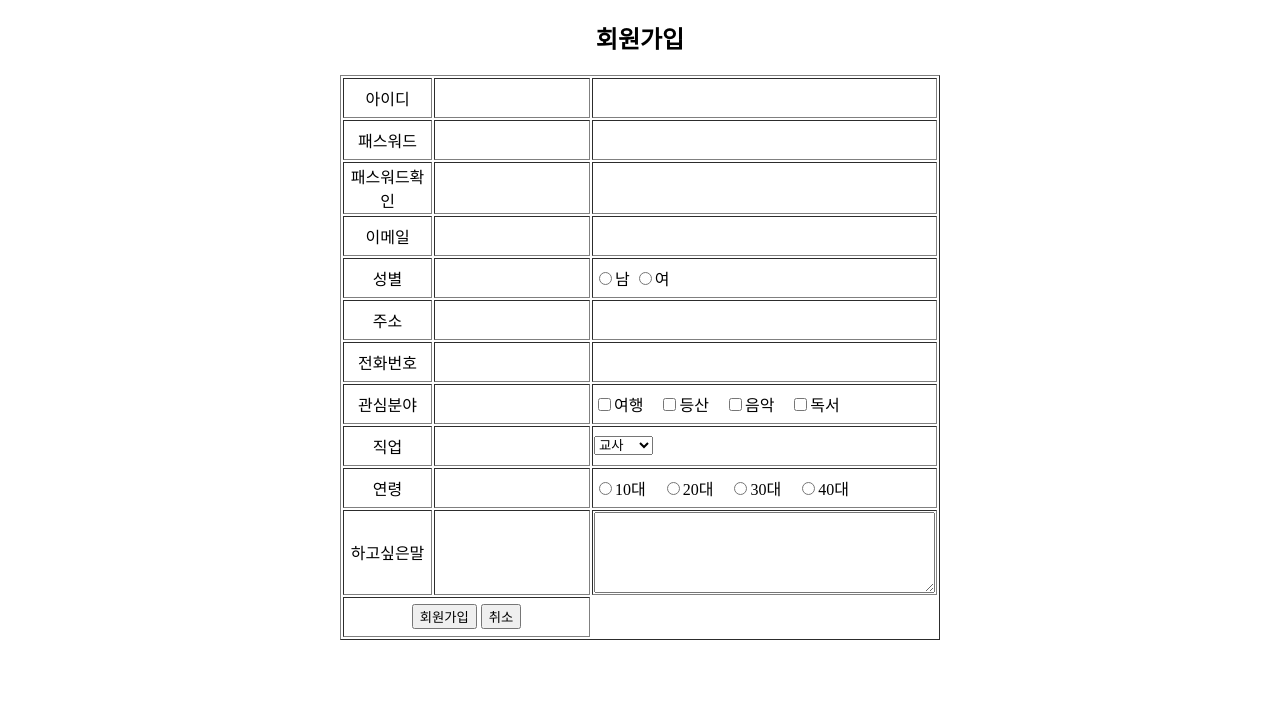
Repository: topblame/Bootcamp
Page: http://localhost/JSP_250408/chapter01/02_member.jsp
These files come from the project's save history. The page is drawn as it stood at one moment and after the next save; the edit follows.
The browser window is 1280 px wide. The pictures show the whole page.
The page is served by Tomcat 9. Other server files are loaded and not shown.

Above is the page before, as saved 2025-06-24 03:58:33.

### WebMvc/JSP_250408/src/main/webapp/chapter01/02_member.jsp
<%@ page language="java" contentType="text/html; charset=UTF-8"
	pageEncoding="UTF-8"%>
<!DOCTYPE html PUBLIC "-//W3C//DTD HTML 4.01 Transitional//EN" "http://www.w3.org/TR/html4/loose.dtd">

<html>
<head>
<meta charset="UTF-8">
<title>Insert title here</title>
</head>
<body>
	<center>
		<h2>회원가입</h2>
		<form action="MemberJoinProc.jsp">
			<table width="600" border="1">
				<tr height="40">
					<td width="200" align="center">아이디</td>
					<td width = "400" align = "left"></td>
					<td>
						<input type="text" name="id" style="border: none; outline: none;">
					</td>
				</tr>

				<tr height="40">
					<td width="200" align="center">패스워드</td>
					<td width = "400" align = "left"></td>
					<td>
						<input type="password" name="pass1" style="border: none; outline: none;">
					</td>
				</tr>

				<tr height="40">
					<td width="200" align="center">패스워드확인</td>
					<td width = "400" align = "left"></td>
					<td>
						<input type="password" name="pass2" style="border: none; outline: none;">
					</td>
				</tr>

				<tr height="40">
					<td width="200" align="center">이메일</td>
					<td width = "400" align = "left"></td>
					<td>
						<input type="email" name="email" style="border: none; outline: none;">
					</td>
				</tr>

				<tr height="40">
					<td width="200" align="center">성별</td>
					<td width = "400" align = "left"></td>
					<td>
						<input type="radio" name= "gender" value = "남">남
						<input type="radio" name= "gender" value = "여">여
					</td>
				</tr>

				<tr height="40">
					<td width="200" align="center">주소</td>
					<td width = "400" align = "left"></td>
					<td>
						<input type="text" name= "address" style="border: none; outline: none;">

					</td>
				</tr>

				<tr height="40">
					<td width="200" align="center">전화번호</td>
					<td width = "400" align = "left"></td>
					<td>
						<input type="phone" name= "phone" style="border: none; outline: none;">

					</td>
				</tr>

				<tr height="40">
					<td width="200" align="center">관심분야</td>
					<td width = "400" align = "left"></td>
					<td>
						<input type="checkbox" name= "hobby" value = "여행">여행 &nbsp;&nbsp;
						<input type="checkbox" name= "hobby" value = "등산">등산 &nbsp;&nbsp;
						<input type="checkbox" name= "hobby" value = "음악">음악 &nbsp;&nbsp;
						<input type="checkbox" name= "hobby" value = "독서">독서 &nbsp;&nbsp;
					</td>
				</tr>

				<tr height="40">
					<td width="200" align="center">직업</td>
					<td width = "400" align = "left"></td>
					<td>
						<select name = "job">
						<option value = "교사">교사</option>
						<option value = "유튜버">유튜버</option>
						<option value = "의사">의사</option>
						<option value = "기술사">기술사</option>
						</select>
					</td>
				</tr>

				<tr height="40">
					<td width="200" align="center">연령</td>
					<td width = "400" align = "left"></td>
					<td>
						<input type="radio" name= "age" value = "10">10대 &nbsp;&nbsp;
						<input type="radio" name= "age" value = "20">20대 &nbsp;&nbsp;
						<input type="radio" name= "age" value = "30">30대 &nbsp;&nbsp;
						<input type="radio" name= "age" value = "40">40대 &nbsp;&nbsp;

					</td>
				</tr>

				<tr height="40">
					<td width="200" align="center">하고싶은말</td>
					<td width = "400" align = "left"></td>
					<td>
						<textarea cols="40" rows="5" name = "info"></textarea>
					</td>
				</tr>

				<tr height="40">
	               	<td width="600" align="center" colspan="2">
	               	<input type="submit" value="회원가입">
	               	<input type="reset" value="취소">
	               	</td>
            	</tr>

			</table>
		</form>
	</center>
</body>
</html>

### WebMvc/JSP_250408/src/main/webapp/css/table.css
@charset "UTF-8";
/* 테이블에 대한 스타일 */
table {
   border-collapse: collapse; /* 테두리선을 한 줄로 합치기 */
}

/* 테이블의 각 셀에 대한 스타일 */
table td, table th {
   border: 1px solid black; /* 검은색 1px 두께의 테두리 적용 */
}

h2 {
   font-size: 30px;
   font-weight: blod;
   color: royalblue;
}

table {
   background-color: lightcyan;
   border: 3px solide dodgerblue;
   border-radius: 10px;
   color: mediumblue;
   font-size: 20px;
   font-weight: blod;
}

table input[name="id"], input[type="password"], input[type="email"],
   input[name="address"], input[name="phone"] {
   width: 80%;
   margin: 2px 10px;
   outline: solid;
   border: 3px solid black;
   background-color: paleturquoise;
   border: 3px solide blue;
   border-radius: 5px;
   color: dodgerblue;
   font-weight: blod;
}

table input[name="gender"] {
   margin: 2px 10px;
}

table select[name="job"] {
   width: 200px;
   margin: 2px 10px;
   background-color: paleturquoise;
   border-radius: 5px;
   color: dodgerblue;
   font-size: 15px;
}

table input[name="age"] {
   margin: 2px 10px;
}

table input[type="submit"], input[type="reset"] {
   width: 150px;
   background-color: lightskyblue;
   border: 3px solide aquamarine;
   border-radius: 5px;
}

table input[type="submit"]:hover, input[type="reset"]:hover {
   background-color: steelblue;
   border: 3px solide aquamarine;
   border-radius: 5px;
}

table textarea {
   width: 80%;
   height: 80%;
   margin: 2px 10px;
   background-color: honeydew;
   border: 3px solide blue;
   border-radius: 5px;
   color: dodgerblue;
   font-weight: blod;
}

After the next save:
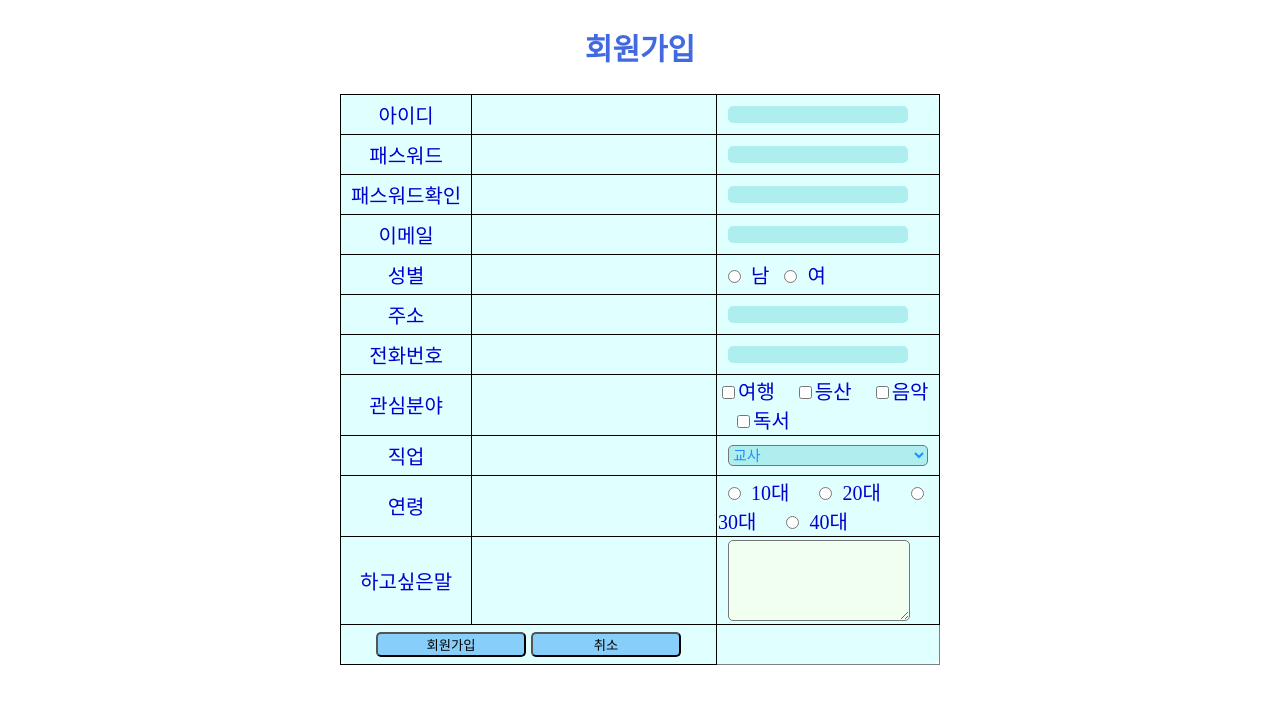
Saved 4 min 8 s later.
--- a/WebMvc/JSP_250408/src/main/webapp/chapter01/02_member.jsp
+++ b/WebMvc/JSP_250408/src/main/webapp/chapter01/02_member.jsp
@@ -6,6 +6,7 @@
 <head>
 <meta charset="UTF-8">
 <title>Insert title here</title>
+<link rel="stylesheet" type="text/css" href="../css/table.css">
 </head>
 <body>
 	<center>
